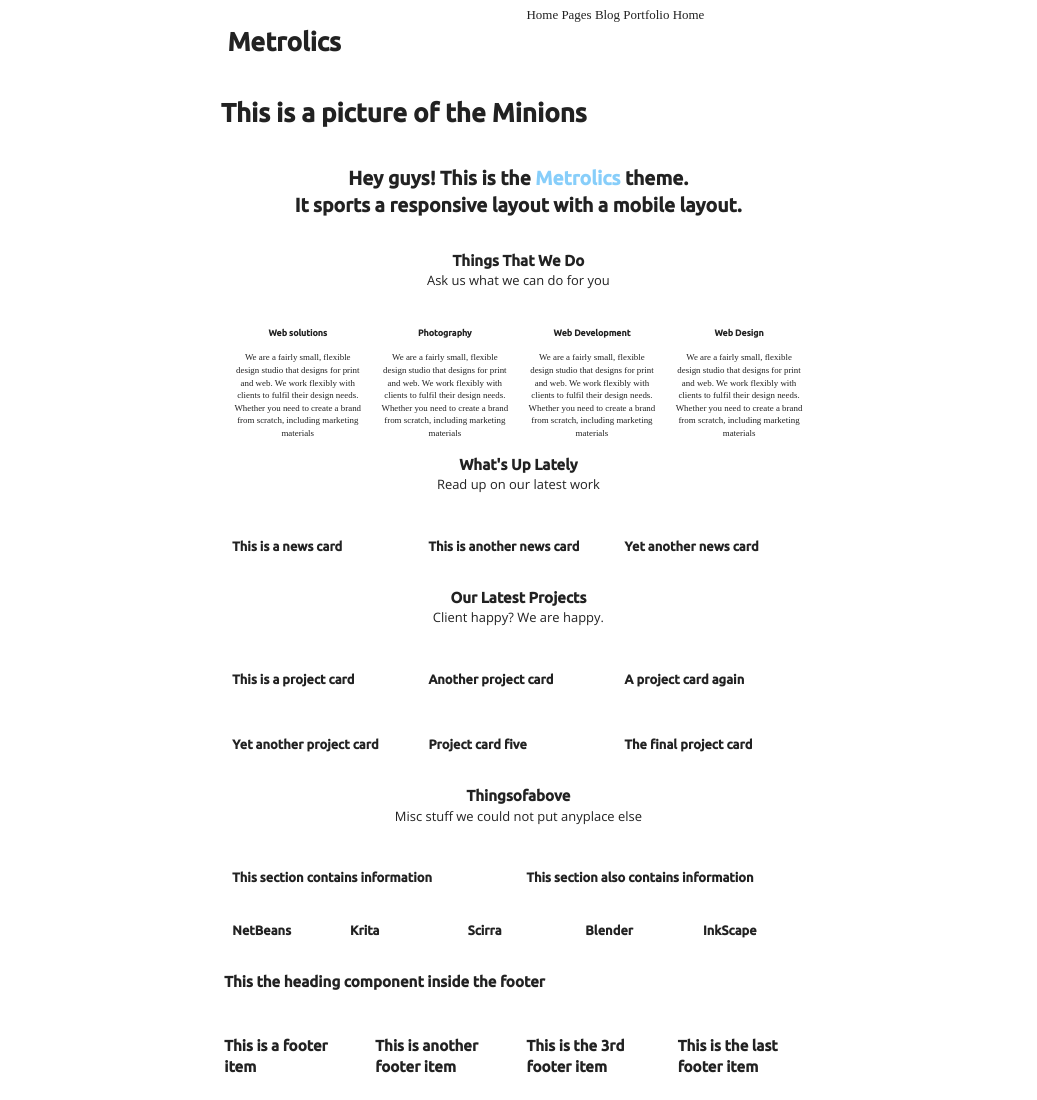
Repository: kennyharman/Marlowe_Kenny_Lab_02B
Page: index.html
The author's editor kept a copy of each file at every save. The page is drawn from the files as they stood at one save, then again after the next save.
The browser window is 1280 px wide. The pictures show the whole page, at 81% of full size.

Above is the page before, as saved 2024-02-05 15:30:00.

### index.html
<!doctype html>
<html class="no-js" lang="EN">

<head>
  <meta charset="utf-8">
  <meta name="viewport" content="width=device-width, initial-scale=1">
  <title></title>
  <link rel="stylesheet" href="css/style.css">
  <link href="https://fonts.googleapis.com/css2?family=Open+Sans:ital,wght@0,400;0,700;1,400&family=Ubuntu:ital,wght@0,300;0,500;1,300&display=swap" rel="stylesheet">
  <meta name="description" content="">

  <meta property="og:title" content="Metrolics page">
  <meta property="og:type" content="website">
  <meta property="og:url" content="http://localhost:8888/metrolics/">

  <link rel="icon" href="/favicon.ico" sizes="any">
  <link rel="icon" href="/icon.svg" type="image/svg+xml">
  <link rel="apple-touch-icon" href="icon.png">

  <link rel="manifest" href="site.webmanifest">
  <meta name="theme-color" content="#fafafa">
</head>

<body class="page">
  <script src="js/app.js"></script>

<header class="page__header">
  <div class="row m-col-2 l-col-2 menu">
    <div class="col header__menu-logo">
      <h1>Metrolics</h1>
    </div>
    <div class="col header__menu-nav">
      Home
      Pages
      Blog
      Portfolio
      Home
    </div>
</header>

<main>
  <div class="page__banner">
    <div class="col banner-header">
      <h1>This is a picture of the Minions</h1>
    </div>
  </div>
  <div class="page__section">
    <div class="row header">
      <div class="col header-text">
        <h2>Hey guys! This is the <span class="text__color-change">Metrolics</span> theme.<br/>It sports a responsive layout with a mobile layout.</h2>
      </div>
    </div>
  </div>

  <div class="section-services">
    <div class="row m-col-2 l-col-4">
      <div class="col m-row-span l-row-span heading">
        <h3>Things That We Do</h3>
        <p>Ask us what we can do for you</p>
      </div>
      <div class="col services-card">
        <h4>Web solutions</h4>
        We are a fairly small, flexible design studio that designs for print and web. We work flexibly with clients to fulfil their design needs. Whether you need to create a brand from scratch, including marketing materials
      </div>
      <div class="col services-card">
        <h4>Photography</h4>
        We are a fairly small, flexible design studio that designs for print and web. We work flexibly with clients to fulfil their design needs. Whether you need to create a brand from scratch, including marketing materials
      </div>
      <div class="col services-card">
        <h4>Web Development</h4>
        We are a fairly small, flexible design studio that designs for print and web. We work flexibly with clients to fulfil their design needs. Whether you need to create a brand from scratch, including marketing materials
      </div>
      <div class="col services-card">
        <h4>Web Design</h4>
        We are a fairly small, flexible design studio that designs for print and web. We work flexibly with clients to fulfil their design needs. Whether you need to create a brand from scratch, including marketing materials
      </div>
    </div>
  </div>
    </div>
  </div>

  <div class="section-work">
    <div class="row m-col-2 l-col-3">
      <div class="col m-row-span l-row-span heading">
        <h3>What's Up Lately</h3>
        <p>Read up on our latest work</p>
      </div>
      <div class="col m-row-span image">
        <h4>This is a news card</h4>
      </div>
      <div class="col image">
        <h4>This is another news card</h4>
      </div>
      <div class="col image">
        <h4>Yet another news card</h4>
      </div>
    </div>
  </div>

  <div class="section-projects">
    <div class="row m-col-2 l-col-3">
      <div class="col m-row-span l-row-span heading">
        <h3>Our Latest Projects</h3>
        <p>Client happy? We are happy.</p>
      </div>
      <div class="col image">
        <h4>This is a project card</h4>
      </div>
      <div class="col image">
        <h4>Another project card</h4>
      </div>
      <div class="col image">
        <h4>A project card again</h4>
      </div>
      <div class="col image">
        <h4>Yet another project card</h4>
      </div>
      <div class="col iamge">
        <h4>Project card five</h4>
      </div>
      <div class="col image">
        <h4>The final project card</h4>
      </div>
    </div>
  </div>

  <div class="section-misc">
    <div class="row l-col-2">
      <div class="col l-row-span heading">
        <h3>Thingsofabove</h3>
        <p>Misc stuff we could not put anyplace else</p>
      </div>
      <div class="col misc-content">
        <h4>This section contains information</h4>
      </div>
      <div class="col misc-content">
        <h4>This section also contains information</h4>
      </div>
    </div>
  </div>

  <div class="section-affiliates">
    <div class="row m-col-5 l-col-5">
      <div class="col affiliates-card">
        <h4>NetBeans</h4>
      </div>
      <div class="col affiliates-card">
        <h4>Krita</h4>
      </div>
      <div class="col affiliates-card">
        <h4>Scirra</h4>
      </div>
      <div class="col affiliates-card">
        <h4>Blender</h4>
      </div>
      <div class="col affiliates-card">
        <h4>InkScape</h4>
      </div>
    </div>
  </div>
</main>
<footer class="page__footer">
  <div class="row m-col-2 l-col-4 footer">
    <div class="col m-row-span l-row-span footer-heading">
      <h3>This the heading component inside the footer</h3>
    </div>
    <div class="col footer-item">
      <h3>This is a footer item</h3>
    </div>
    <div class="col footer-item">
      <h3>This is another footer item</h3>
    </div>
    <div class="col footer-item">
      <h3>This is the 3rd footer item</h3>
    </div>
    <div class="col footer-item">
      <h3>
        This is the last footer item
      </h3>
    </div>
  </div>
</footer>
</body>

### css/style.css
/*! HTML5 Boilerplate v9.0.0-RC1 | MIT License | https://html5boilerplate.com/ */

/* main.css 3.0.0 | MIT License | https://github.com/h5bp/main.css#readme */
/*
 * What follows is the result of much research on cross-browser styling.
 * Credit left inline and big thanks to Nicolas Gallagher, Jonathan Neal,
 * Kroc Camen, and the H5BP dev community and team.
 */

/* ==========================================================================
   Base styles: opinionated defaults
   ========================================================================== */

html {
  color: #222;
  font-size: 1em;
  line-height: 1.4;
}

/*
 * Remove text-shadow in selection highlight:
 * https://twitter.com/miketaylr/status/12228805301
 *
 * Customize the background color to match your design.
 */

::-moz-selection {
  background: #b3d4fc;
  text-shadow: none;
}

::selection {
  background: #b3d4fc;
  text-shadow: none;
}

/*
 * A better looking default horizontal rule
 */

hr {
  display: block;
  height: 1px;
  border: 0;
  border-top: 1px solid #ccc;
  margin: 1em 0;
  padding: 0;
}

/*
 * Remove the gap between audio, canvas, iframes,
 * images, videos and the bottom of their containers:
 * https://github.com/h5bp/html5-boilerplate/issues/440
 */

audio,
canvas,
iframe,
img,
svg,
video {
  vertical-align: middle;
}

/*
 * Remove default fieldset styles.
 */

fieldset {
  border: 0;
  margin: 0;
  padding: 0;
}

/*
 * Allow only vertical resizing of textareas.
 */

textarea {
  resize: vertical;
}

/* ==========================================================================
   Author's custom styles
   ========================================================================== */

/* ==========================================================================
   Helper classes
   ========================================================================== */

/*
 * Hide visually and from screen readers
 */

.hidden,
[hidden] {
  display: none !important;
}

/*
 * Hide only visually, but have it available for screen readers:
 * https://snook.ca/archives/html_and_css/hiding-content-for-accessibility
 *
 * 1. For long content, line feeds are not interpreted as spaces and small width
 *    causes content to wrap 1 word per line:
 *    https://medium.com/@jessebeach/beware-smushed-off-screen-accessible-text-5952a4c2cbfe
 */

.visually-hidden {
  border: 0;
  clip: rect(0, 0, 0, 0);
  height: 1px;
  margin: -1px;
  overflow: hidden;
  padding: 0;
  position: absolute;
  white-space: nowrap;
  width: 1px;
  /* 1 */
}

/*
 * Extends the .visually-hidden class to allow the element
 * to be focusable when navigated to via the keyboard:
 * https://www.drupal.org/node/897638
 */

.visually-hidden.focusable:active,
.visually-hidden.focusable:focus {
  clip: auto;
  height: auto;
  margin: 0;
  overflow: visible;
  position: static;
  white-space: inherit;
  width: auto;
}

/*
 * Hide visually and from screen readers, but maintain layout
 */

.invisible {
  visibility: hidden;
}

/*
 * Clearfix: contain floats
 *
 * The use of `table` rather than `block` is only necessary if using
 * `::before` to contain the top-margins of child elements.
 */

.clearfix::before,
.clearfix::after {
  content: "";
  display: table;
}

.clearfix::after {
  clear: both;
}

/* ==========================================================================
   EXAMPLE Media Queries for Responsive Design.
   These examples override the primary ('mobile first') styles.
   Modify as content requires.
   ========================================================================== */

@media only screen and (min-width: 35em) {
  /* Style adjustments for viewports that meet the condition */
}

@media print,
  (-webkit-min-device-pixel-ratio: 1.25),
  (min-resolution: 1.25dppx),
  (min-resolution: 120dpi) {
  /* Style adjustments for high resolution devices */
}

/* ==========================================================================
   Print styles.
   Inlined to avoid the additional HTTP request:
   https://www.phpied.com/delay-loading-your-print-css/
   ========================================================================== */

@media print {
  *,
  *::before,
  *::after {
    background: #fff !important;
    color: #000 !important;
    /* Black prints faster */
    box-shadow: none !important;
    text-shadow: none !important;
  }

  a,
  a:visited {
    text-decoration: underline;
  }

  a[href]::after {
    content: " (" attr(href) ")";
  }

  abbr[title]::after {
    content: " (" attr(title) ")";
  }

  /*
   * Don't show links that are fragment identifiers,
   * or use the `javascript:` pseudo protocol
   */
  a[href^="#"]::after,
  a[href^="javascript:"]::after {
    content: "";
  }

  pre {
    white-space: pre-wrap !important;
  }

  pre,
  blockquote {
    border: 1px solid #999;
    page-break-inside: avoid;
  }

  tr,
  img {
    page-break-inside: avoid;
  }

  p,
  h2,
  h3 {
    orphans: 3;
    widows: 3;
  }

  h2,
  h3 {
    page-break-after: avoid;
  }
}

/* Our Styling */
div,
main,
section,
footer,
header {
  margin-left: 10px;
  margin-right: 10px;
}

h1,
h2,
h3,
h4,
h5,
h6 {
    font-family: 'Ubuntu', sans-serif;
}

p {
    font-family: 'Open Sans', sans-serif;
}

.row {
  display: grid;
  row-gap: 1rem;
}

.col {
  position: relative;
}

.page__header,
.banner-header,
.page__section,
.section-services,
.section-work,
.section-projects,
.section-misc,
.section-affiliates,
.footer {
  margin: auto;
  width: 60%;
}

.heading {
  display: flex;
  flex-direction: column;
  align-items: center;
  padding: 0 auto;
}

.heading > h3 {
  margin-bottom: 0;
}

.heading > p {
  margin-top: 0;
}

.header-text {
  text-align: center;
}

.text__color-change {
  color: lightskyblue;
}

.services-card {
  display: flex;
  flex-direction: column;
  align-items: center;
  text-align: center;
  font-size: 11px;
  padding: 0px;
}

/* Small only */
@media screen and (max-width: 39.9375em) {
  .header__menu-nav {
    display: none;
  }
  .banner {
    display: none;
  }
  .affiliates {
    display: none;
  }
  .misc {
    display: none;
  }
}

/* Medium only */
@media screen and (min-width: 40em) and
(max-width: 63.9375em) {
  .row {
    max-width: 70rem;
    column-gap: 1.5rem;
    row-gap: 1.5rem;
    margin: 0 auto;
  }
  .m-col-2 {
    grid-template-columns: 1fr 1fr;
  }
  .m-col-3 {
    grid-template-columns: repeat(3, 1fr);
  }
  .m-col-4 {
    grid-template-columns: repeat(4, 1fr);
  }
  .m-col-5 {
    grid-template-columns: repeat(5, 1fr);
  }

  .m-row-span {
    grid-column-start: 1;
    grid-column-end: -1;
  }
}

/* Large only */
@media screen and (min-width: 64em) {
  .l-col-2 {
    grid-template-columns: 1fr 1fr;
  }
  .l-col-3 {
    grid-template-columns: repeat(3, 1fr);
  }
  .l-col-4 {
    grid-template-columns: repeat(4, 1fr);
  }
  .l-col-5 {
    grid-template-columns: repeat(5, 1fr);
  }

  .l-row-span {
    grid-column-start: 1;
    grid-column-end: -1;
  }
}

Loaded but not shown: js/app.js (no stored copy; drawn as an empty file)

After the next save:
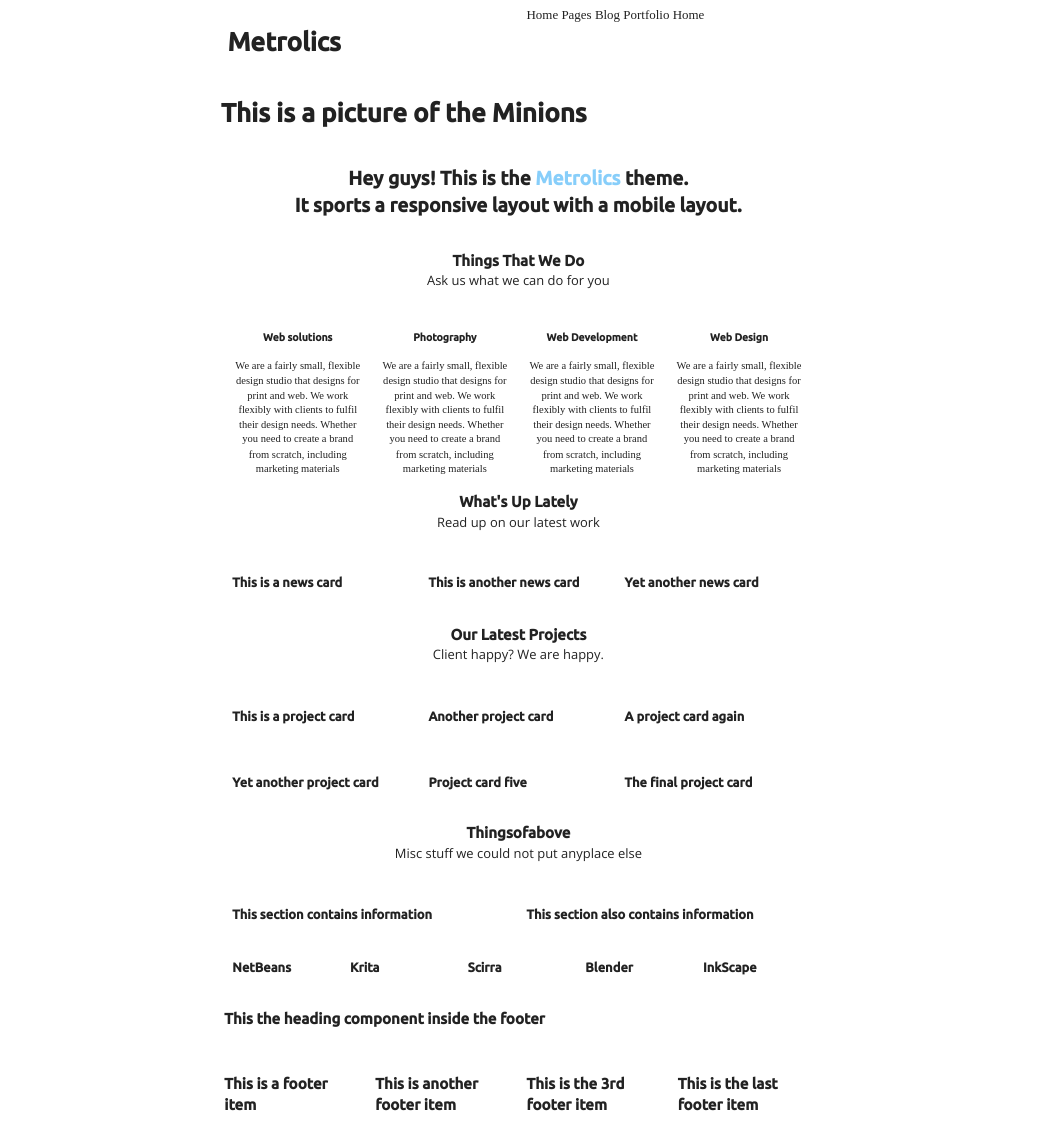
Saved 16 s later.
--- a/css/style.css
+++ b/css/style.css
@@ -318,7 +318,7 @@ p {
   flex-direction: column;
   align-items: center;
   text-align: center;
-  font-size: 11px;
+  font-size: 13px;
   padding: 0px;
 }
 
